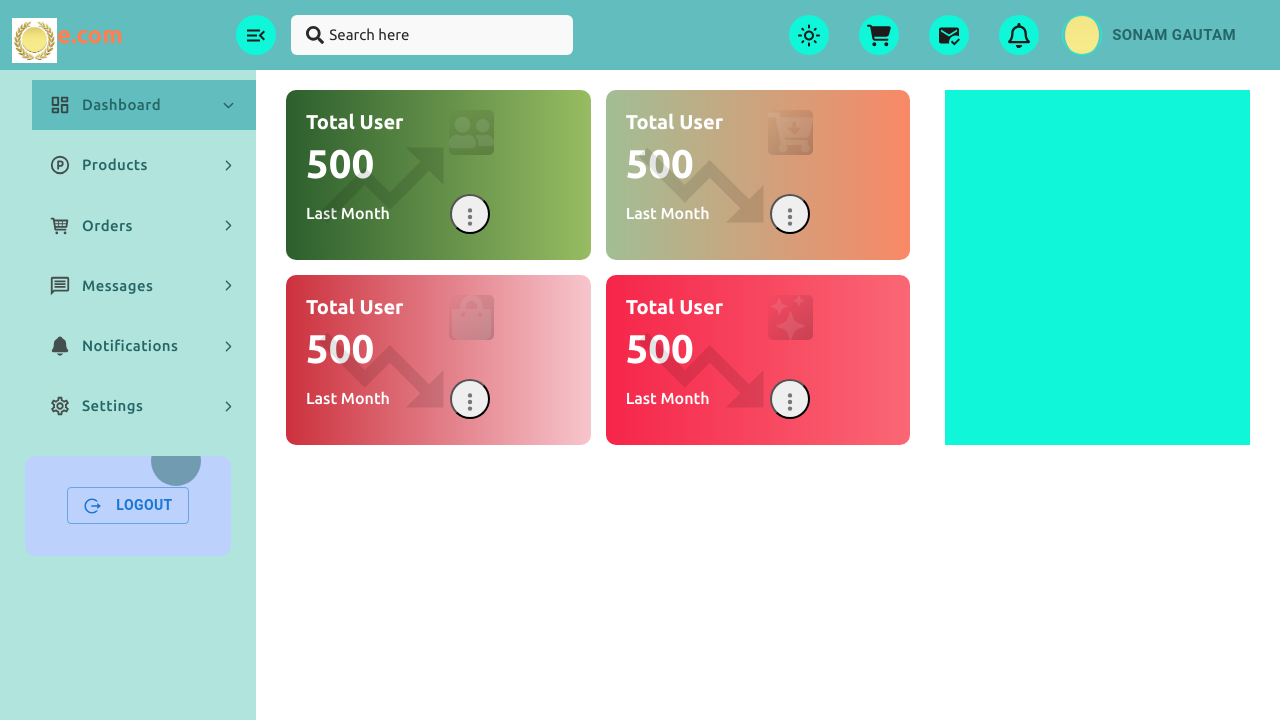
Repository: gautamsonam011/admin-react-dashboard
Page: /
The author's editor kept a copy of each file at every save. The page is drawn from the files as they stood at one save, then again after the next save.
The browser window is 1280 px wide. The pictures show the whole page.
The project was rebuilt for these pictures with package versions that can differ from the ones it lists, and the page was loaded fresh each time.

Above is the page before, as saved 2025-04-17 12:27:14.

After the next save:
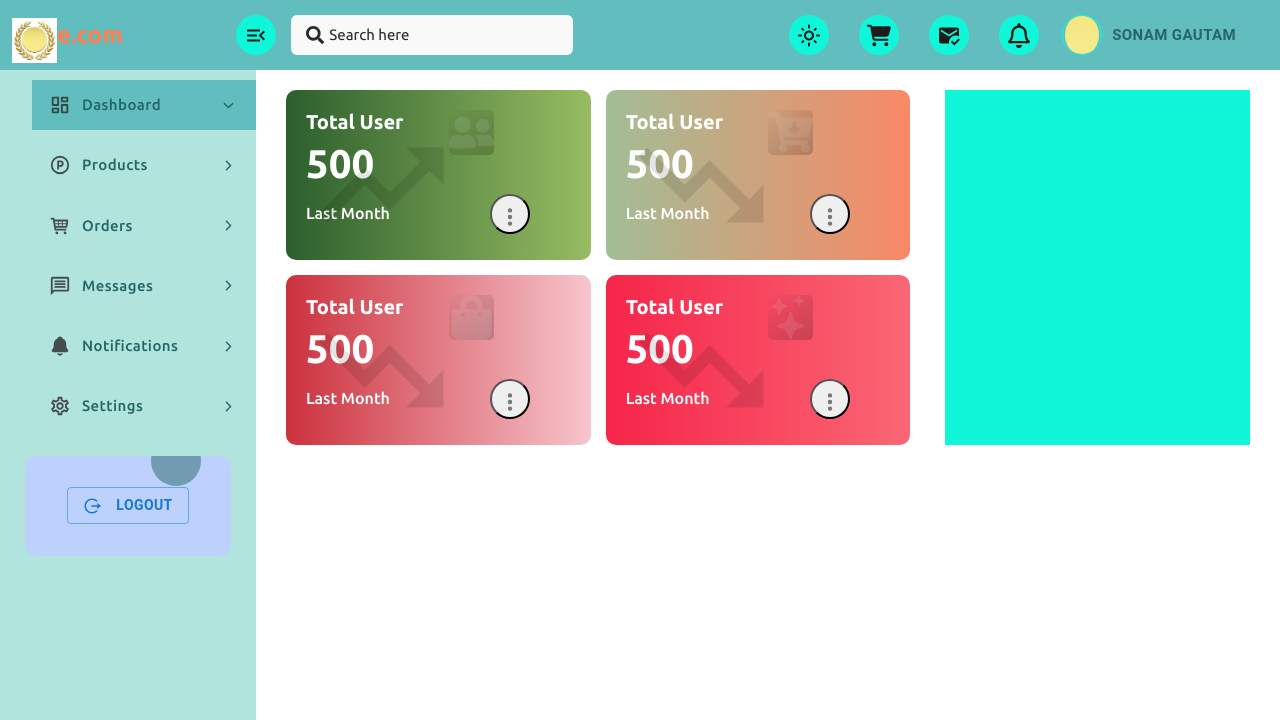
Saved 10 s later.
--- a/src/App.css
+++ b/src/App.css
@@ -103,7 +103,7 @@ position:relative; overflow:hidden;}
 .dashboardBoxWrapper .dashboardBox .icon { margin-left: 100%; display: flex; align-items:center; justify-content: center; width:45px; height: 45px; border-radius:5px; background-image: linear-gradient(to bottom right, rgba(0, 0, 0, 0), rgba(0, 0, 0, 0.2));}
 .dashboardBoxWrapper .dashboardBox .icon svg{font-size: 45px; opacity: 0.1; color:#f4f8f7}
 
-.dashboardBoxWrapper .dashboardBox button.toggleIcon {font-size: 22px; color:rgba(0,0,0,0.5); cursor: pointer; min-width: 40px !important; width: 40px !important; height: 40px !important; border-radius: 50% !important; margin-left: 60px;}
+.dashboardBoxWrapper .dashboardBox button.toggleIcon {font-size: 22px; color:rgba(0,0,0,0.5); cursor: pointer; min-width: 40px !important; width: 40px !important; height: 40px !important; border-radius: 50% !important; margin-left: 100px;}
 
 .dashboardBoxWrapperRow .dashboardBoxWrapper .dashboardBox .chart{position:absolute; opacity: 0.1;}
 .dashboardBoxWrapperRow .dashboardBoxWrapper .dashboardBox .chart svg{font-size: 150px; color: #000;}
